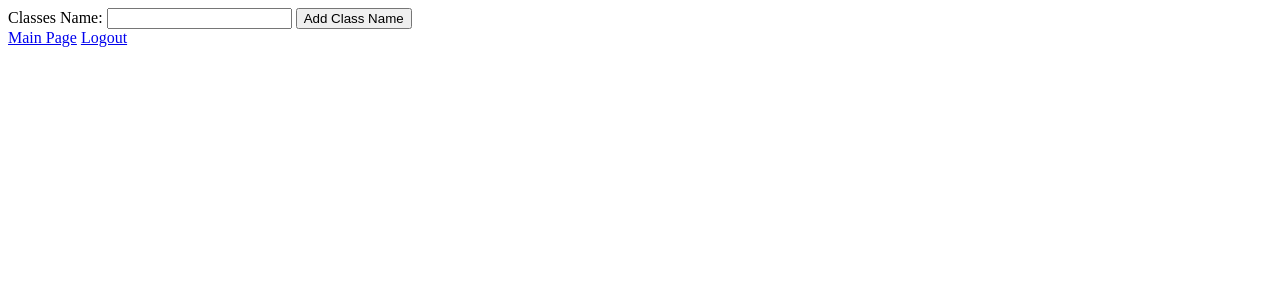
Repository: govardhan71/Learners-Academy-Project-Phase-2
Page: http://localhost/LearnersAcademyPhase-2/addclasses.jsp
An editor plug-in stored every save of this project. The page is shown before and after the next save, followed by the edit.
The browser window is 1280 px wide. The pictures show the whole page.
The page is served by Tomcat 9. Other server files are loaded and not shown.

Above is the page before, as saved 2021-06-02 11:41:09.

### LearnersAcademyPhase-2/WebContent/addclasses.jsp
<%@page import="com.DatabaseConnection.ClassesData"%>
<jsp:useBean id="c" class="com.learnersAcademy.ClassesList"></jsp:useBean>
<jsp:setProperty property="*" name="c" />
<%@ page language="java" contentType="text/html; charset=ISO-8859-1"
	pageEncoding="ISO-8859-1"%>
<!DOCTYPE html PUBLIC "-//W3C//DTD HTML 4.01 Transitional//EN" "http://www.w3.org/TR/html4/loose.dtd">
<html>
<head>
<meta http-equiv="Content-Type" content="text/html; charset=ISO-8859-1">
<title>Add classes</title>
</head>
<body>

	<form action=classesresult.jsp method=post>
		<tr>
			<td>Classes Name:</td>
			<td><input type="text" name="classes_name"></td>
		</tr>

		<input type="submit" value="Add Class Name">
	</form>



	<td><a href=learnersacademy.jsp>Main Page</a></td>
	</tr>
	<td><a href=logout.jsp>Logout</a></td>
	</tr>
</body>
</html>

### LearnersAcademyPhase-2/src/com/learnersAcademy/ClassesList.java
package com.learnersAcademy;

public class ClassesList {

	private String classes_name;

	public String getClass_name() {
		return classes_name;
	}

	public void setClass_name(String classes_name) {
		this.classes_name = classes_name;
	}


}

After the next save:
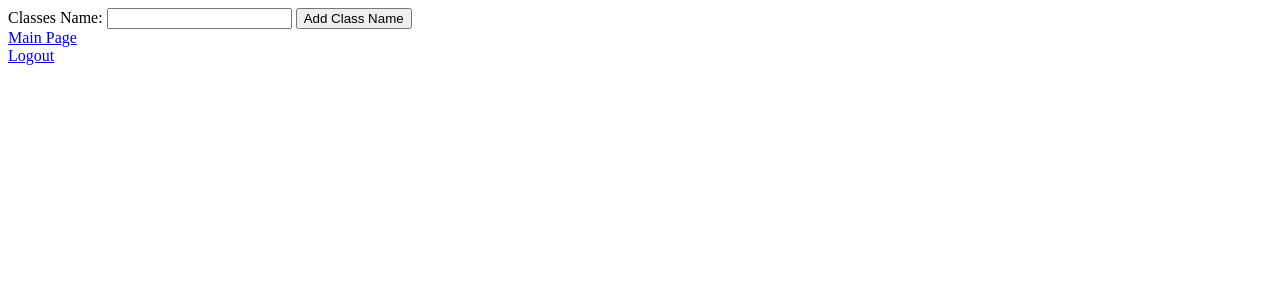
Saved 65 s later.
--- a/LearnersAcademyPhase-2/WebContent/addclasses.jsp
+++ b/LearnersAcademyPhase-2/WebContent/addclasses.jsp
@@ -22,7 +22,7 @@
 
 
 
-	<td><a href=learnersacademy.jsp>Main Page</a></td>
+	<td><a href=learnersacademy.jsp>Main Page</a></td><br>
 	</tr>
 	<td><a href=logout.jsp>Logout</a></td>
 	</tr>
